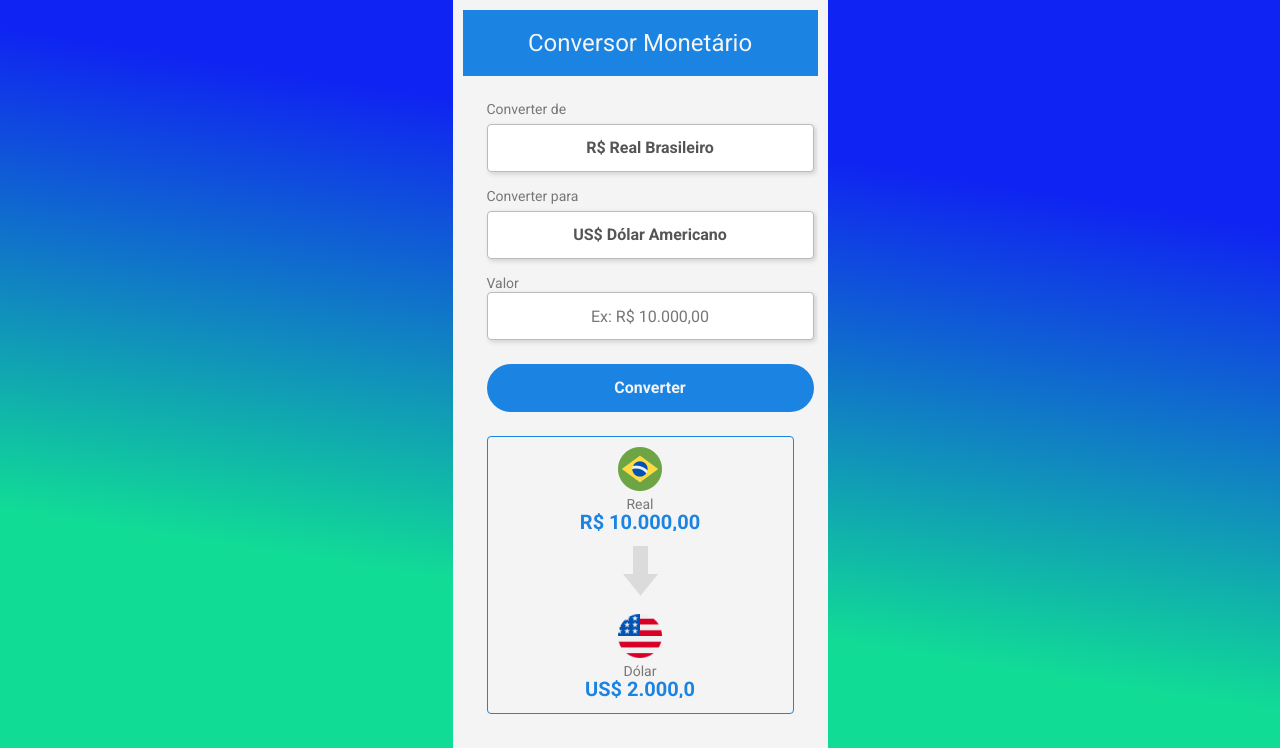
Repository: isayrous/coin-converter
Page: index.html
An editor plug-in stored every save of this project. The page is shown before and after the next save, followed by the edit.
The browser window is 1280 px wide. The pictures show the whole page.

Above is the page before, as saved 2022-11-02 21:56:32.

After the next save:
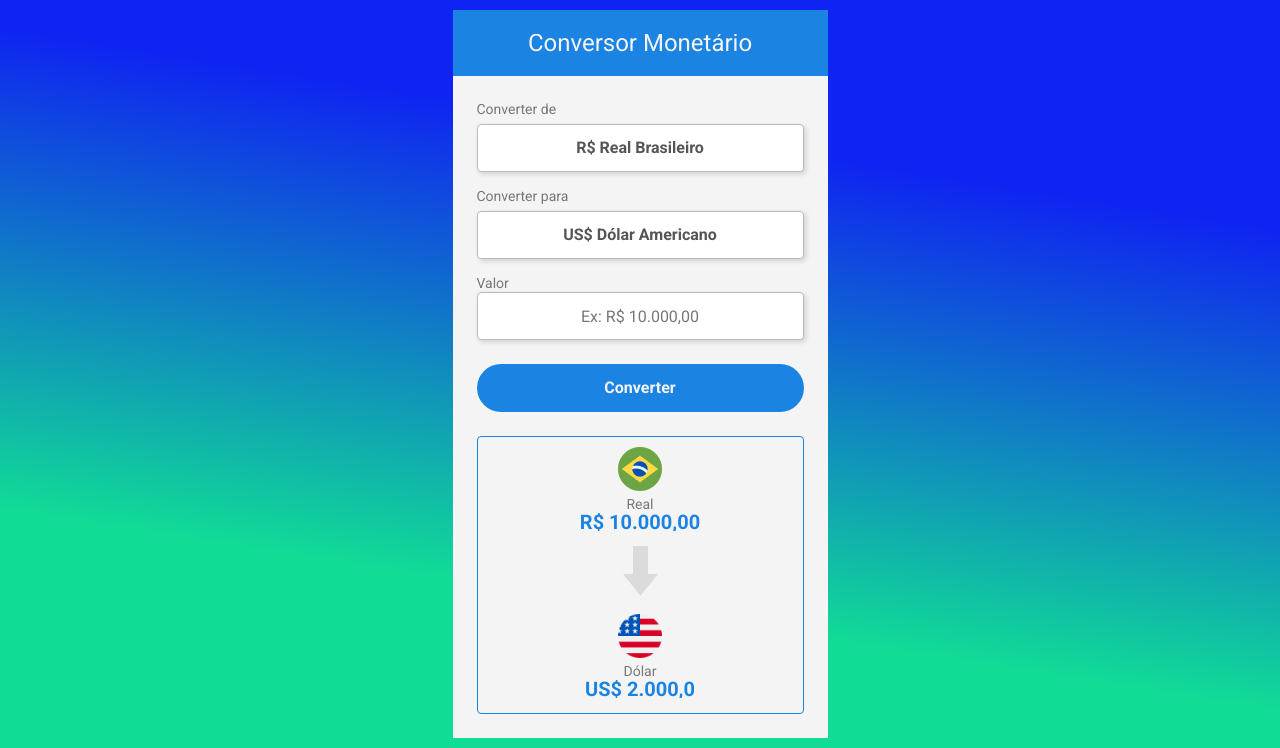
Saved 14 s later.
--- a/style.css
+++ b/style.css
@@ -15,12 +15,12 @@ body{
     height: 100%;
     display: flex;
     justify-content: center;
+    padding: 10px;
 }
 
 .container {
     width: 375px;
     background-color: #F4F4F4;
-    padding: 10px;
 }
 
 header {
